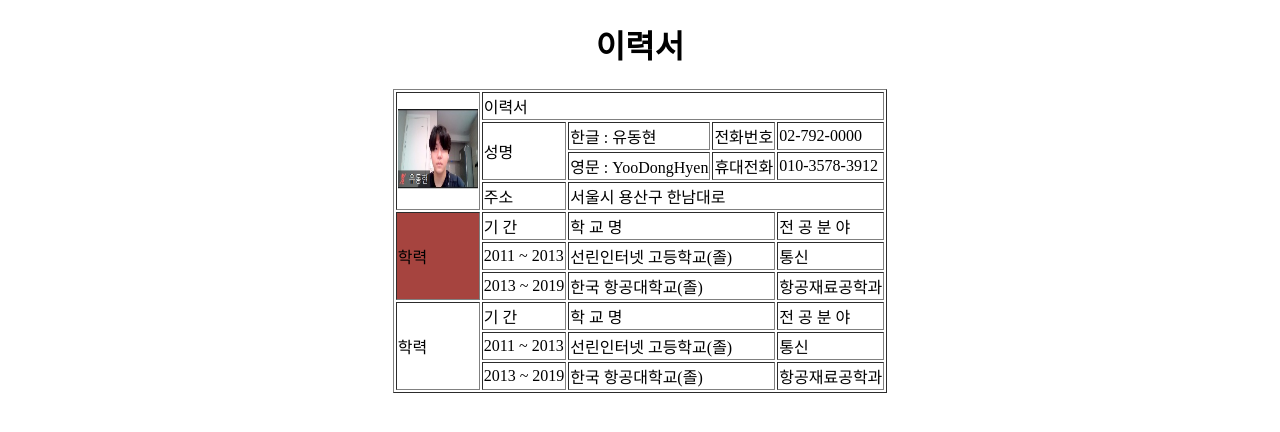
Repository: DongHyenYoo/DongHyen
Page: JdbcStudy/HTMLTEST/WebContent/resume.html
An editor plug-in stored every save of this project. The page is shown before and after the next save, followed by the edit.
The browser window is 1280 px wide. The pictures show the whole page.

Above is the page before, as saved 2022-09-23 08:33:50.

After the next save:
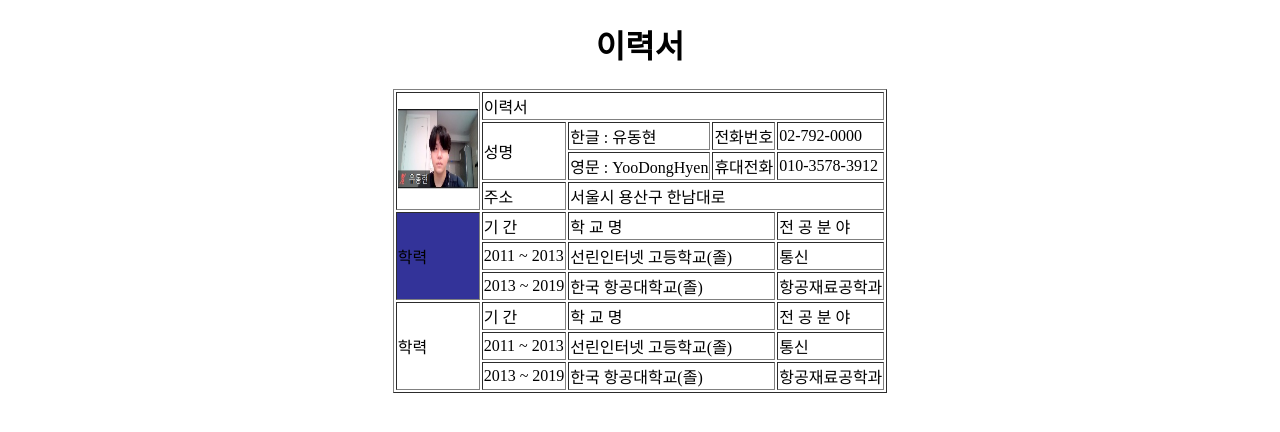
Saved 53 s later.
--- a/JdbcStudy/HTMLTEST/WebContent/resume.html
+++ b/JdbcStudy/HTMLTEST/WebContent/resume.html
@@ -24,7 +24,7 @@
 </tr>
 
 <tr>
- <td rowspan = "3" bgcolor="#A6443F">학력</td> <td>기&nbsp;간</td> <td colspan="2">학&nbsp;교&nbsp;명</td> <td>전&nbsp;공&nbsp;분&nbsp;야</td>
+ <td rowspan = "3" bgcolor="#333399">학력</td> <td>기&nbsp;간</td> <td colspan="2">학&nbsp;교&nbsp;명</td> <td>전&nbsp;공&nbsp;분&nbsp;야</td>
 </tr>
 
 <tr>
